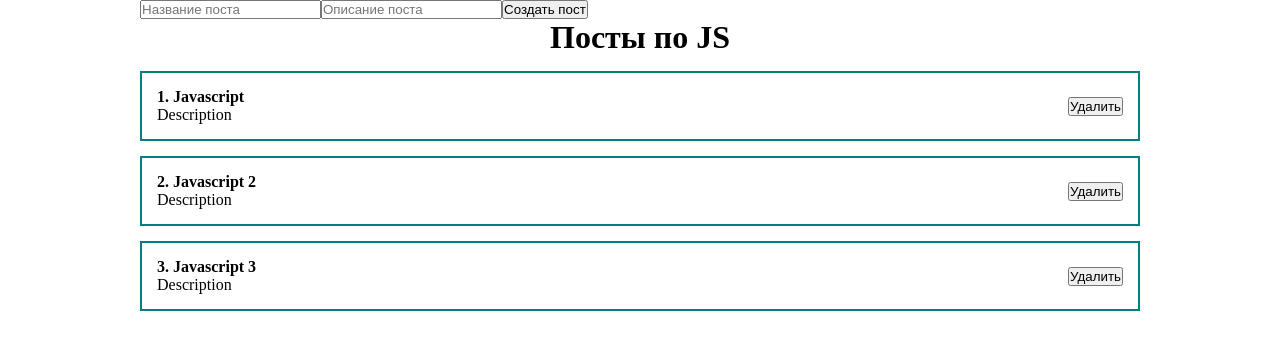
Repository: otvertka/ulb
Page: /
These files come from the project's save history. The page is drawn as it stood at one moment and after a run of saves; the edit follows.
The browser window is 1280 px wide. The pictures show the whole page.
The project was rebuilt for these pictures with package versions that can differ from the ones it lists, and the page was loaded fresh each time. Also part of the build but not shown: src/components/Counter.jsx, src/components/ClassCounter.jsx.

Above is the page before, as saved 2023-06-10 13:40:27.

### public/index.html
<!DOCTYPE html>
<html lang="en">
  <head>
    <meta charset="utf-8" />
    <meta name="viewport" content="width=device-width, initial-scale=1" />

    <title>React App</title>
  </head>
  <body>
    <noscript>You need to enable JavaScript to run this app.</noscript>
    <div id="root">
      <!-- ЗДЕСЬ БУДЕТ НАШЕ JS ПРИЛОЖЕНИЕ -->
    </div>
  </body>
</html>

### src/index.js
import React from "react";
import ReactDOM from "react-dom";
import App from "./App";

// const root = ReactDOM.createRoot(document.getElementById("root"));
// root.render(<App />);
ReactDOM.render(<App />, document.getElementById("root"));

### src/App.js
import React, { useState } from "react";
import Counter from "./components/Counter";
import ClassCounter from "./components/ClassCounter";
import "./styles/App.css";
import PostItem from "./components/PostItem";
import PostList from "./components/PostList";

function App() {
  const [posts, setPosts] = useState([
    { id: 1, title: "Javascript", body: "Description" },
    { id: 2, title: "Javascript 2", body: "Description" },
    { id: 3, title: "Javascript 3", body: "Description" },
  ]);

  // импортируем компонент
  return (
    <div className="App">
      <form>
        <input type="text" placeholder="Название поста"></input>
        <input type="text" placeholder="Описание поста"></input>
        <button>Создать пост</button>
      </form>
      <PostList posts={posts} title="Посты по JS" />
    </div>
  );
}

export default App;

### src/styles/App.css
* {
  margin: 0;
  padding: 0;
  box-sizing: border-box;
}

/* Рут- блок из index.html */
#root {
  display: flex;
  justify-content: center;
}

.App {
  width: 1000px;
}

.post {
  display: flex;
  padding: 15px;
  border: 2px solid teal;
  margin-top: 15px;
  justify-content: space-between;
  align-items: center;
}

### src/components/PostItem.jsx
import React from "react";

// Props - входные данные в контексте Реакта. Можно представлять, что это аргумент функции, в кот. мы можем что-то передавать снаружи
const PostItem = (props) => {
  console.log(props);
  return (
    <div className="post">
      <div className="post__content">
        <strong>
          {props.post.id}. {props.post.title}
        </strong>
        <div>{props.post.body}</div>
      </div>
      <div className="post__btns">
        <button>Удалить</button>
      </div>
    </div>
  );
};

export default PostItem;

### src/components/PostList.jsx
import React from "react";
import PostItem from "./PostItem";

const PostList = ({ posts, title }) => {
  return (
    <div>
      <h1 style={{ textAlign: "center" }}>{title}</h1>
      {posts.map((post) => (
        <PostItem post={post} key={post.id} />
      ))}
    </div>
  );
};

export default PostList;

### src/components/UI/button/MyButton.jsx
import React from "react";

const MyButton = (props) => {
  return <button></button>;
};

export default MyButton;

Loaded but not shown: src/components/UI/button/MyButton.module.css (common file)

After the next 4 saves:
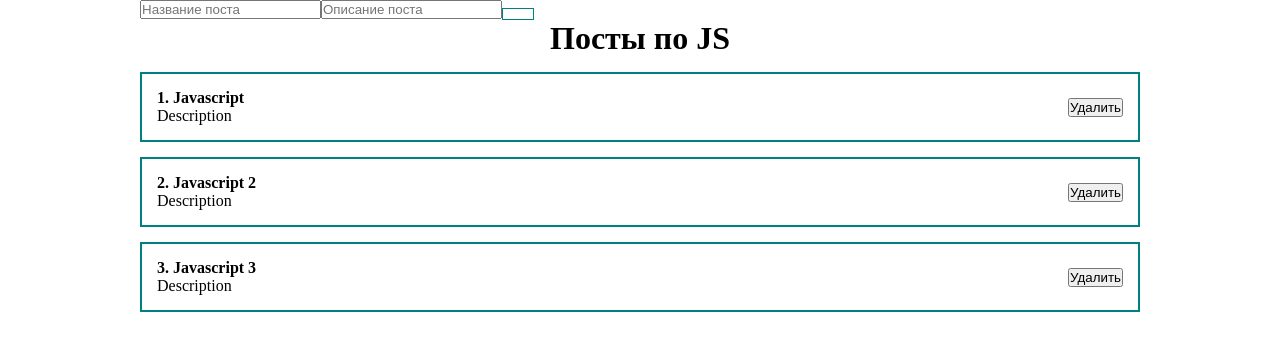
The 4 saves are shown as one change because 3 did not build or start.
The last was saved 2 h 7 min later.
--- a/src/App.js
+++ b/src/App.js
@@ -4,6 +4,7 @@ import ClassCounter from "./components/ClassCounter";
 import "./styles/App.css";
 import PostItem from "./components/PostItem";
 import PostList from "./components/PostList";
+import MyButton from "./components/UI/button/MyButton";
 
 function App() {
   const [posts, setPosts] = useState([
@@ -18,7 +19,7 @@ function App() {
       <form>
         <input type="text" placeholder="Название поста"></input>
         <input type="text" placeholder="Описание поста"></input>
-        <button>Создать пост</button>
+        <MyButton />
       </form>
       <PostList posts={posts} title="Посты по JS" />
     </div>
--- a/src/components/UI/button/MyButton.jsx
+++ b/src/components/UI/button/MyButton.jsx
@@ -1,7 +1,11 @@
 import React from "react";
+import classes from "./MyButton.module.css";
 
 const MyButton = (props) => {
-  return <button></button>;
+  return (
+    //
+    <button className={classes.myBtn}></button>
+  );
 };
 
 export default MyButton;
